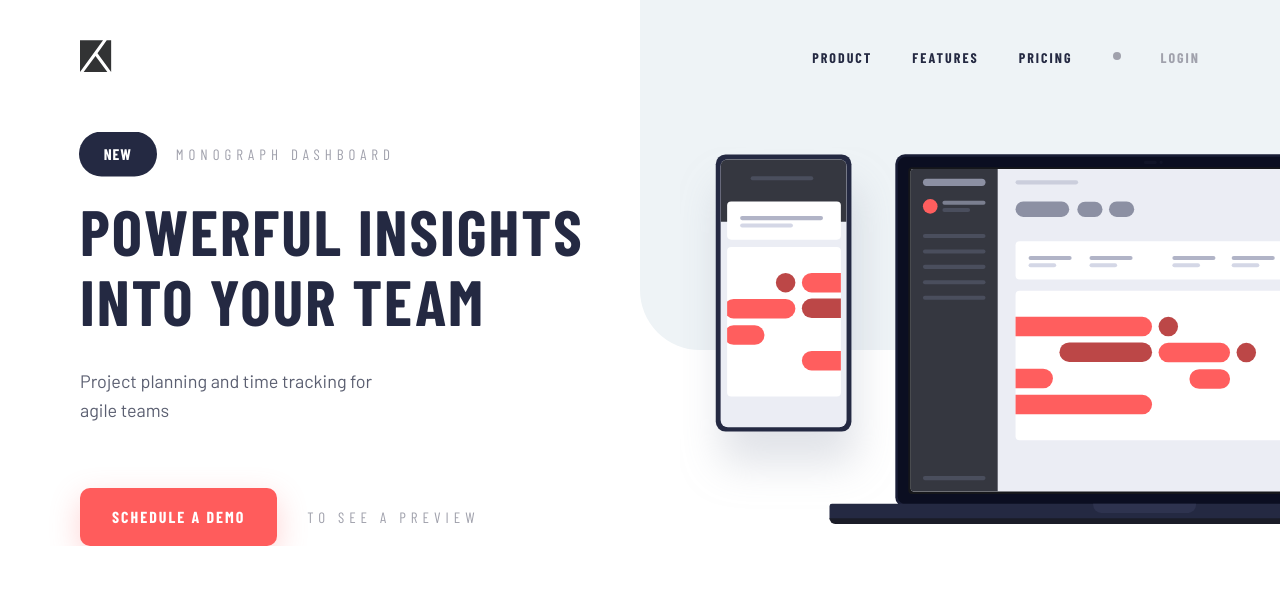
Repository: blordeus/project-tracking-intro-component
Page: index.html
An editor plug-in stored every save of this project. The page is shown before and after the next save, followed by the edit.
The browser window is 1280 px wide. The pictures show the whole page.

Above is the page before, as saved 2025-07-03 16:24:06.
Console error (its wording comes from the project's code and is left out).

### index.html
<!DOCTYPE html>
<html lang="en">
<head>
    <meta charset="UTF-8">
    <meta name="viewport" content="width=device-width, initial-scale=1.0">
    <title>Monograph Dashboard - Powerful Insights Into Your Team</title>
    <link rel="preconnect" href="https://fonts.googleapis.com">
    <link rel="preconnect" href="https://fonts.gstatic.com" crossorigin>
    <link href="https://fonts.googleapis.com/css2?family=Barlow+Condensed:wght@400;700&family=Barlow:wght@400&display=swap" rel="stylesheet">
    <link rel="stylesheet" href="styles.css">

</head>
<body>
    <header>
        <nav class="container">
            <img src="images/logo.svg" alt="Abstract geometric logo with three overlapping dark gray shapes forming a stylized letter M, representing the Monograph brand, set against a plain background">

            <ul class="nav-links">
                <li><a href="#product">Product</a></li>
                <li><a href="#features">Features</a></li>
                <li><a href="#pricing">Pricing</a></li>
                <li class="circle"></li>
                <li><a href="#login" class="login-link">Login</a></li>
            </ul>

            <div class="mobile-menu-toggle" onclick="toggleMobileMenu()">
              <img src="images/icon-hamburger.svg" alt="Three horizontal dark blue lines stacked vertically representing a menu button for navigation, set against a plain background">
        </nav>
    </header>

    <div class="mobile-menu" id="mobileMenu">
        <img class="close-menu" src="images/icon-close.svg" onclick="toggleMobileMenu() alt="Dark blue X shaped close icon with two intersecting diagonal lines on a plain background, used to close or dismiss a menu or dialog">
        <a href="#product">Product</a>
        <a href="#features">Features</a>
        <a href="#pricing">Pricing</a>
        <a href="#login">Login</a>
    </div>

    <main>
     <div class="background-rectangle"></div>
        <section class="hero">
            <div class="container">
                <div class="hero-content">
                    <div class="hero-text">
                      <div class="hero-labels">
                        <div class="new-badge">New</div>
                        <div class="product-label">Monograph Dashboard</div>
                      </div>
                        <h1>Powerful Insights Into Your Team</h1>
                        <p>Project planning and time tracking for agile teams</p>
                        <div class="cta-container">
                            <a href="#demo" class="cta-button">Schedule a Demo</a>
                            <a href="#preview" class="preview-link">to see a preview</a>
                        </div>
                    </div>

                    <div class="hero-visual">
                        <img src="images/illustration-devices.svg" alt="A modern, sleek dashboard interface showcasing various data visualizations and analytics, set against a light background to highlight the design and functionality of the Monograph Dashboard">
                    </div>
                </div>
            </div>
        </section>
    </main>
    <script src="main.js"></script>
</body>
</html>

### styles.css
        :root {
            --red: hsl(0, 100%, 68%);
            --very-dark-blue: hsl(230, 29%, 20%);
            --dark-grayish-blue: hsl(230, 11%, 40%);
            --grayish-blue: hsl(231, 7%, 65%);
            --light-grayish-blue: hsl(207, 33%, 95%);
        }

        * {
            margin: 0;
            padding: 0;
            box-sizing: border-box;
        }

        body {
            font-family: 'Barlow', sans-serif;
            font-size: 18px;
            line-height: 1.6;
            min-height: 100vh;
            overflow-x: hidden;
        }

        .container {
            max-width: 1440px;
            margin: 0 auto;
            padding: 0 80px;
        }

        .background-rectangle {
            position: absolute;
            top: -100px;
            right: 0;
            width: 50%;
            height: 450px;
            border-radius: 0 0 0 60px;
            background-color: var(--light-grayish-blue);
            z-index: -1;
        }

        /* Header */
        header {
            position: relative;
            z-index: 1000;
            padding: 40px 0 60px;
        }

        nav {
            display: flex;
            justify-content: space-between;
            align-items: center;
        }

        .logo {
            width: 40px;
            height: 40px;
            background: var(--very-dark-blue);
            display: flex;
            align-items: center;
            justify-content: center;
            transform: rotate(45deg);
            transition: transform 0.3s ease;
        }

        .logo:hover {
            transform: rotate(45deg) scale(1.1);
        }

        .logo::before {
            content: '';
            width: 20px;
            height: 20px;
            background: white;
            transform: rotate(-45deg);
        }

        .nav-links {
            display: flex;
            list-style: none;
            gap: 40px;
            align-items: center;
        }

        .nav-links a {
            text-decoration: none;
            color: var(--very-dark-blue);
            font-family: 'Barlow Condensed', sans-serif;
            font-weight: 700;
            text-transform: uppercase;
            letter-spacing: 2px;
            font-size: 14px;
            transition: color 0.3s ease;
            position: relative;
        }



        .nav-links a:hover {
            color: var(--red);
        }

        .nav-links a::after {
            content: '';
            position: absolute;
            bottom: -5px;
            left: 0;
            width: 0;
            height: 2px;
            background: var(--red);
            transition: width 0.3s ease;
        }

        .nav-links a:hover::after {
            width: 100%;
        }

        .login-link {
            color: var(--grayish-blue) !important;
        }

        .circle {
            width: 8px;
            height: 8px;
            border-radius: 50%;
            background: var(--grayish-blue);
            transition: background-color 0.3s ease;
        }

        .mobile-menu-toggle {
            display: none;
            flex-direction: column;
            cursor: pointer;
            gap: 4px;
        }

        .mobile-menu-toggle span {
            width: 25px;
            height: 3px;
            background: var(--very-dark-blue);
            transition: 0.3s;
        }

        .mobile-menu {
            display: none;
            position: fixed;
            top: 0;
            left: 0;
            width: 100%;
            height: 100vh;
            background: rgba(255, 255, 255, 0.98);
            backdrop-filter: blur(20px);
            z-index: 999;
            flex-direction: column;
            justify-content: center;
            align-items: center;
            gap: 40px;
        }

        .mobile-menu.active {
            display: flex;
        }

        .mobile-menu a {
            font-size: 24px;
            text-decoration: none;
            color: var(--very-dark-blue);
            font-family: 'Barlow Condensed', sans-serif;
            font-weight: 700;
            text-transform: uppercase;
            letter-spacing: 2px;
        }

        .close-menu {
            position: absolute;
            top: 30px;
            right: 30px;
            font-size: 30px;
            cursor: pointer;
            color: var(--very-dark-blue);
        }

        /* Hero Section */
        .hero {
            padding-top: 30px 0 120px;
            position: relative;
            overflow: hidden;
        }

        .hero img {
            position: relative;
            width: 150%;
            z-index: 2;
        }

        @keyframes float {
            0%, 100% { transform: rotate(15deg) translateY(0px); }
            50% { transform: rotate(15deg) translateY(-20px); }
        }

        .hero-content {
            display: grid;
            grid-template-columns: 1fr 1fr;
            gap: 80px;
            align-items: center;
            /* position: relative; */
            z-index: 10;
        }

        .hero-labels {
            display: flex;
            flex-direction: row;
            align-items: baseline;
            gap: 20px;
            margin-bottom: 20px;
        }

        .hero-text {
            animation: slideInLeft 1s ease-out;
        }

        @keyframes slideInLeft {
            from { opacity: 0; transform: translateX(-50px); }
            to { opacity: 1; transform: translateX(0); }
        }

        .new-badge {
            display: inline-block;
            background: var(--very-dark-blue);
            color: white;
            padding: 10px 24px;
            border-radius: 25px;
            font-family: 'Barlow Condensed', sans-serif;
            font-weight: 700;
            font-size: 15px;
            text-transform: uppercase;
            letter-spacing: 1px;
            /* margin-bottom: 20px; */
            animation: pulse 2s ease-in-out infinite;
        }

        @keyframes pulse {
            0%, 100% { transform: scale(1); }
            50% { transform: scale(1.05); }
        }

        .product-label {
            color: var(--grayish-blue);
            font-family: 'Barlow Condensed', sans-serif;
            font-weight: 400;
            text-transform: uppercase;
            letter-spacing: 5px;
            font-size: 15px;
            margin-bottom: 10px;
        }

        .hero h1 {
            font-family: 'Barlow Condensed', sans-serif;
            font-weight: 700;
            font-size: clamp(2.5rem, 5vw, 4rem);
            line-height: 1.1;
            color: var(--very-dark-blue);
            margin-bottom: 30px;
            text-transform: uppercase;
            letter-spacing: 2px;
            max-width: 600px;
        }

        .hero p {
            color: var(--dark-grayish-blue);
            margin-bottom: 64px;
            font-size: 18px;
            line-height: 1.6;
            font-weight: 400;
            max-width: 300px;
        }

        .cta-container {
            display: flex;
            align-items: center;
            gap: 30px;
        }

        .cta-button {
            background: var(--red);
            color: white;
            padding: 16px 32px;
            border: none;
            border-radius: 10px;
            font-family: 'Barlow Condensed', sans-serif;
            font-weight: 700;
            text-transform: uppercase;
            letter-spacing: 2px;
            font-size: 16px;
            cursor: pointer;
            text-decoration: none;
            display: inline-block;
            transition: all 0.3s ease;
            box-shadow: 0 10px 30px rgba(255, 108, 108, 0.3);
            position: relative;
            overflow: hidden;
        }

        .cta-button::before {
            content: '';
            position: absolute;
            top: 0;
            left: -100%;
            width: 100%;
            height: 100%;
            background: linear-gradient(90deg, transparent, rgba(255, 255, 255, 0.2), transparent);
            transition: left 0.5s ease;
        }

        .cta-button:hover::before {
            left: 100%;
        }

        .cta-button:hover {
            transform: translateY(-2px);
            box-shadow: 0 15px 40px rgba(255, 108, 108, 0.4);
        }

        .preview-link {
            color: var(--grayish-blue);
            text-decoration: none;
            font-family: 'Barlow Condensed', sans-serif;
            text-transform: uppercase;
            letter-spacing: 5px;
            font-size: 15px;
            transition: color 0.3s ease;
        }

        .preview-link:hover {
            color: var(--dark-grayish-blue);
        }

        .hero-visual {
            animation: slideInRight 1s ease-out;
        }

        @keyframes slideInRight {
            from { opacity: 0; transform: translateX(50px); }
            to { opacity: 1; transform: translateX(0); }
        }



        /* Responsive Design */
        @media (max-width: 768px) {
            .container {
                padding: 0 40px;
            }
            .nav-links {
                display: none;
            }

            .background-rectangle {
                height: 350px;
            }

            .circle {
                display:none
            }

            .mobile-menu-toggle {
                display: flex;
            }

            .hero-content {
                grid-template-columns: 1fr;
                gap: 60px;
                text-align: left;
            }

            .hero {
                padding: 60px 0 80px;
            }

            .hero-visual {
                order: -1;

            }

            .cta-container {
                flex-direction: row;
                gap: 20px;
            }
        }

        @media (max-width: 375px) {
            .container {
                padding: 0 25px;
            }

            .hero-labels {
                gap: 10px;
            }

            .new-badge {
                padding: 10px 20px;
                font-size: 14px;
            }

            .product-label {
                font-size: 14px;
                letter-spacing: 3px;
            }

            .hero h1 {
                font-size: 2rem;
            }

            .hero p {
                font-size: 16px;
            }

            .cta-button {
                padding: 10px 20px;
                font-size: 12px;
            }

            .preview-link {
                font-size: 12px;
            }
        }

### main.js
 function toggleMobileMenu() {
            const mobileMenu = document.getElementById('mobileMenu');
            mobileMenu.classList.toggle('active');
        }

        // Close mobile menu when clicking on a link
        document.querySelectorAll('.mobile-menu a').forEach(link => {
            link.addEventListener('click', () => {
                document.getElementById('mobileMenu').classList.remove('active');
            });
        });

        // Add smooth scrolling for anchor links
        document.querySelectorAll('a[href^="#"]').forEach(anchor => {
            anchor.addEventListener('click', function (e) {
                e.preventDefault();
                const target = document.querySelector(this.getAttribute('href'));
                if (target) {
                    target.scrollIntoView({
                        behavior: 'smooth'
                    });
                }
            });
        });

        // Add parallax effect to hero background
        window.addEventListener('scroll', () => {
            const scrolled = window.pageYOffset;
            const heroBackground = document.querySelector('.hero::before');
            if (heroBackground) {
                const speed = scrolled * 0.5;
                heroBackground.style.transform = `rotate(15deg) translateY(${speed}px)`;
            }
        });

After the next save:
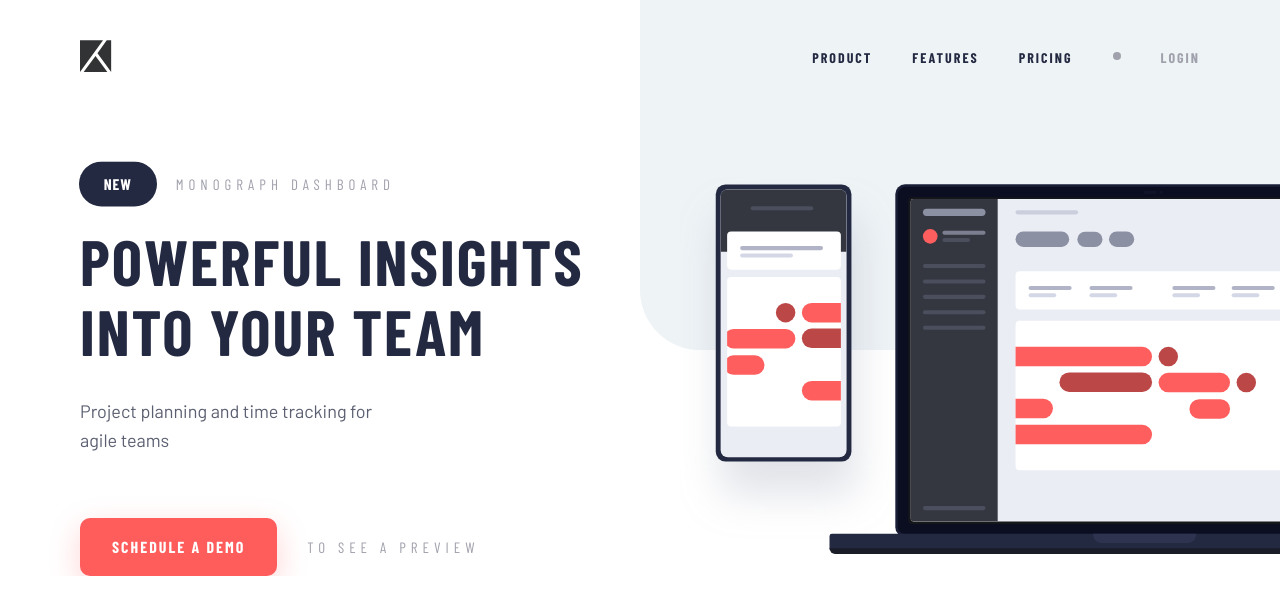
Saved 7 s later.
--- a/styles.css
+++ b/styles.css
@@ -180,7 +180,7 @@
 
         /* Hero Section */
         .hero {
-            padding-top: 30px 0 120px;
+            padding-top: 30px;
             position: relative;
             overflow: hidden;
         }
